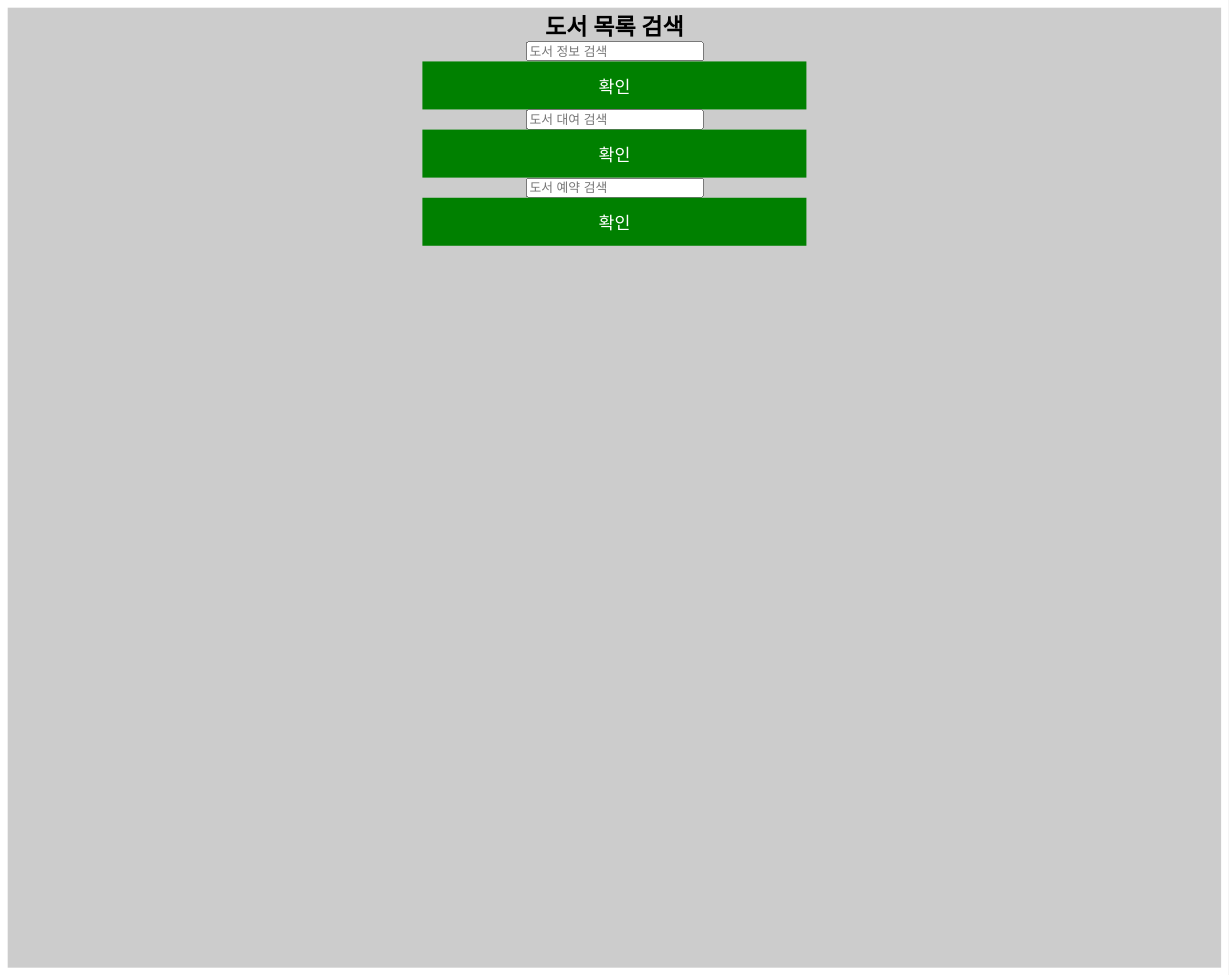
Repository: hii9505/DB_engineering_education
Page: http://localhost/TestIsp/booksearch.jsp
The author's editor kept a copy of each file at every save. The page is drawn from the files as they stood at one save, then again after the next save.
The browser window is 1280 px wide. The pictures show the whole page, at 96% of full size.
The page is served by Tomcat 9. Other server files are loaded and not shown. Queries for data that is not in the repository find no rows.

Above is the page before, as saved 2019-12-19 05:49:12.

### eclipse-workspace/TestISP/TestIsp/WebContent/booksearch.jsp
<%@ page language="java" contentType="text/html; charset=EUC-KR" pageEncoding="EUC-KR"%>
<%@ page import="java.sql.*" %>

<% request.setCharacterEncoding("EUC-KR"); %>

<%


	Connection conn = null;
	PreparedStatement pstmt = null;
	String str = "";
	ResultSet rs;

	try{
		String jdbcUrl = "jdbc:mysql://localhost:3306/db_test?serverTimezone=UTC&useSSL=false";
		String dbId = "root";
		String dbPass = "1234";

		//db 연동 Connection 객체
		Class.forName("com.mysql.jdbc.Driver");
		conn = DriverManager.getConnection(jdbcUrl, dbId, dbPass);
		// 쿼리를 수행
		String sql ="select Id, Pw from db_test.member ";
		pstmt = conn.prepareStatement(sql);
		rs = pstmt.executeQuery();




		//쿼리 성공 수행
		str = "member 변수를 가져오는데 성공 ";
	}catch(Exception e){
		e.printStackTrace();
		str = "변수를 가져오는데 실패했습니다.";
	}finally{
		if(pstmt != null)try{pstmt.close();}catch(SQLException sqle){}
		if(conn != null)try{conn.close();}catch(SQLException sqle){}
	}
%>
<!DOCTYPE html html PUBLIC "-//W3C//DTD HTML 4.01 Transitional//EN" "http://www.w3.org/TR/html4/loose.dtd">
<html>
<head>
<meta http-equiv="Content-Type" content="text/html "charset="EUC-KR">
<title>레코드 추가</title>
</head>
<style>

#background{
        background: #cccccc;
        height: 1000px;
    }

    #check{
        background: green;
        border: 1px white;
        height: 50px;
        width: 400px;
        font-size: large;
        color: white;
    }

</style>

<body>

	 <div id = "background">
        <center>
            <div><font size=5><strong>도서 목록 검색</strong></font></div>
           <form method="post" action="booksearch_information.jsp">
           <div>
           <input type="text" id ="book_info" name="book_info" placeholder="도서 정보 검색">
           </div>
           <input type="submit" id = "check" value="확인">

           <form method="post" action="booksearch_rent_.jsp">
           <div>
           <input type="text" id ="book_rent" name="book_rent" placeholder="도서 대여 검색">
           </div>
           <input type="submit" id = "check" value="확인">

           <form method="post" action="booksearch_reservation_information.jsp">
           <div>
           <input type="text" id ="book_reservation" name="book_reservation" placeholder="도서 예약 검색">
           </div>
           <input type="submit" id = "check" value="확인">
           </form>

        </center>
    </div>

</body>
</html>

After the next save:
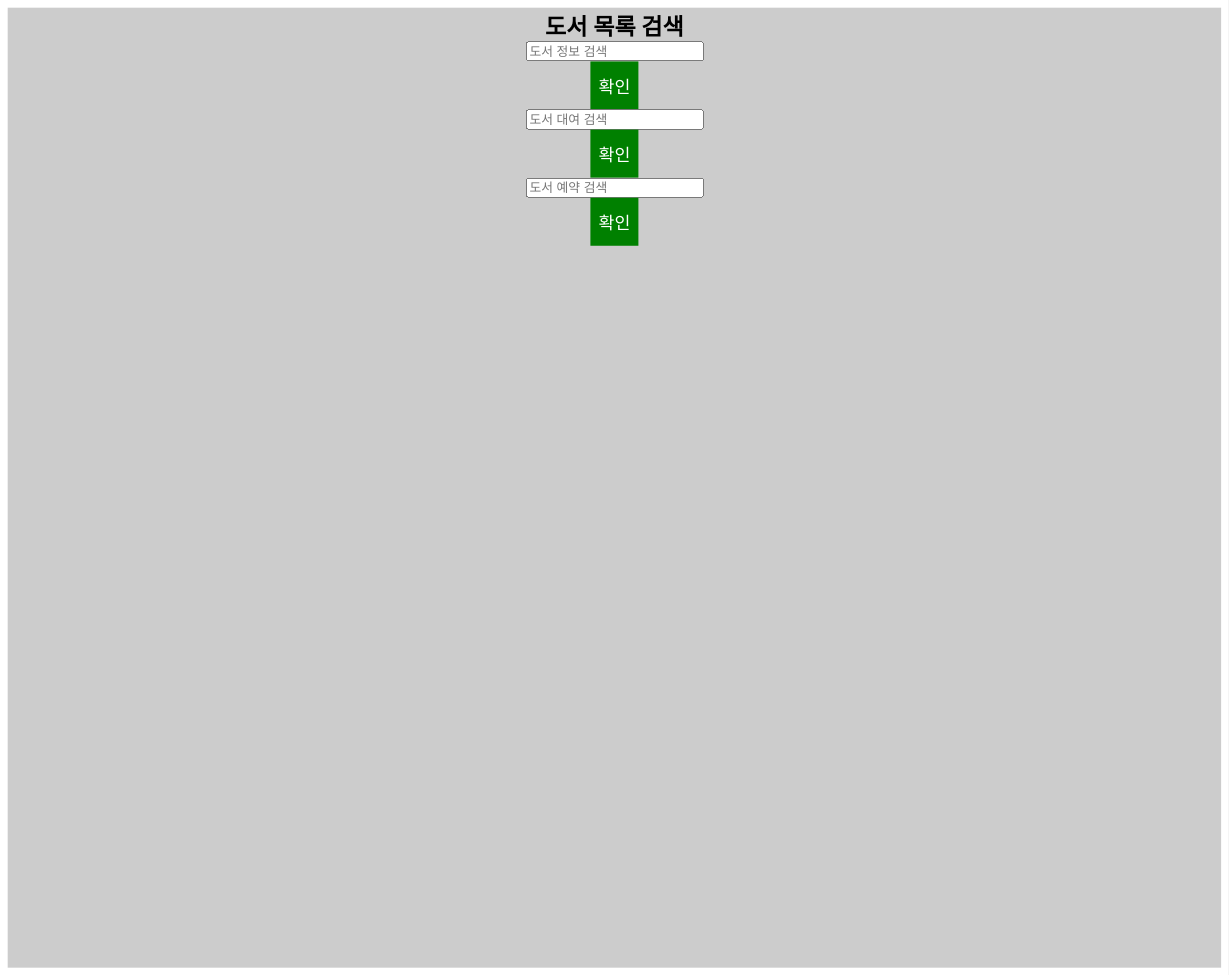
Saved 20 s later.
--- a/eclipse-workspace/TestISP/TestIsp/WebContent/booksearch.jsp
+++ b/eclipse-workspace/TestISP/TestIsp/WebContent/booksearch.jsp
@@ -54,7 +54,7 @@
         background: green;
         border: 1px white;
         height: 50px;
-        width: 400px;
+        width: 50px;
         font-size: large;
         color: white;
     }
